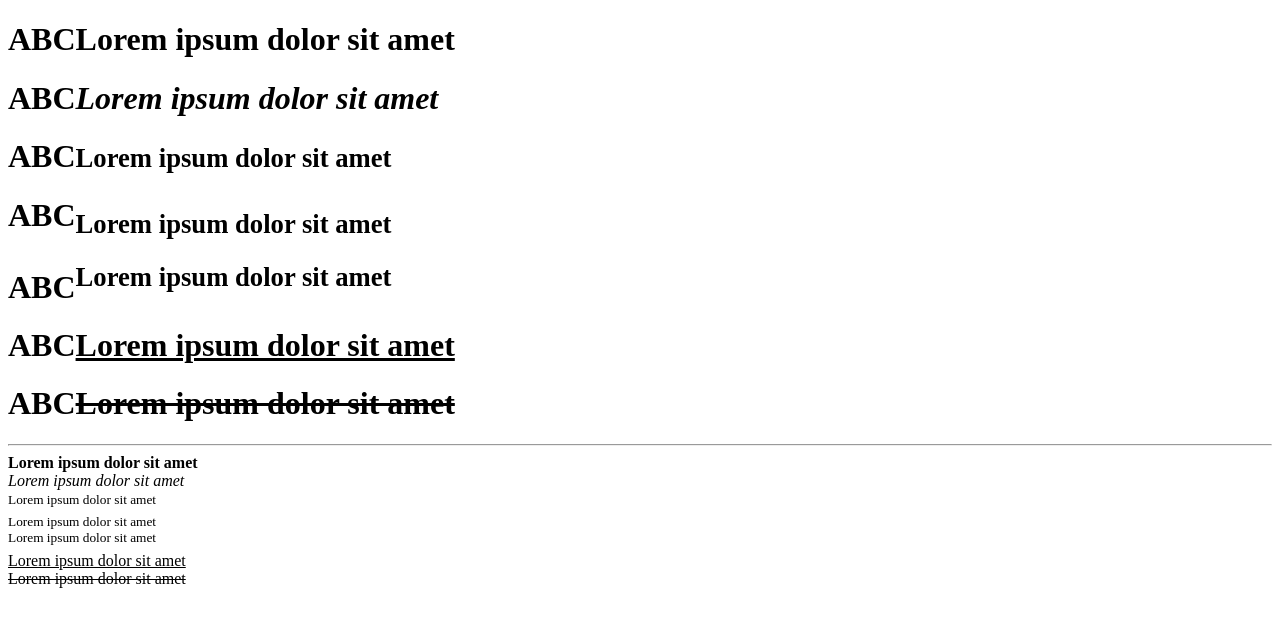
Repository: soso1525/bitcamp
Page: workspace/java-web/src/main/webapp/ch2/2-9.html
The author's editor kept a copy of each file at every save. The page is drawn from the files as they stood at one save, then again after the next save.
The browser window is 1280 px wide. The pictures show the whole page.

Above is the page before, as saved 2017-12-12 05:26:24.

After the next save:
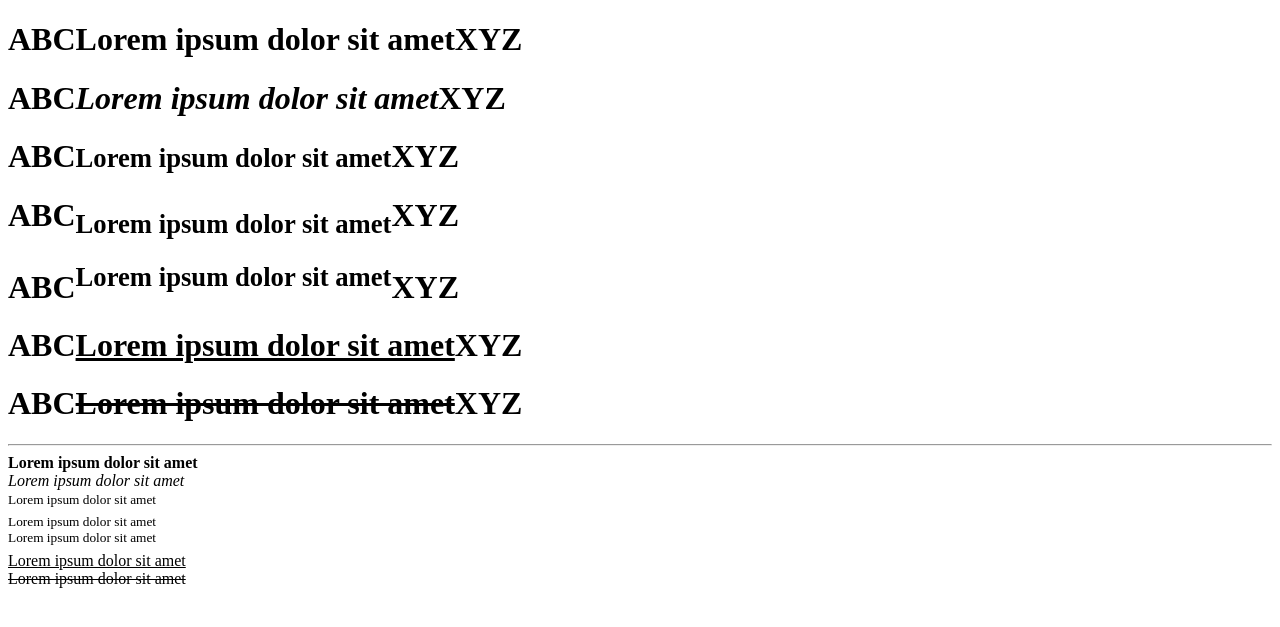
Saved 19 s later.
--- a/workspace/java-web/src/main/webapp/ch2/2-9.html
+++ b/workspace/java-web/src/main/webapp/ch2/2-9.html
@@ -4,13 +4,13 @@
     <title>HTML TEXT Basic Page</title>
 </head>
 <body>
-    <h1>ABC<b>Lorem ipsum dolor sit amet</b></h1>
-    <h1>ABC<i>Lorem ipsum dolor sit amet</i></h1>
-    <h1>ABC<small>Lorem ipsum dolor sit amet</small></h1>
-    <h1>ABC<sub>Lorem ipsum dolor sit amet</sub></h1>
-    <h1>ABC<sup>Lorem ipsum dolor sit amet</sup></h1>
-    <h1>ABC<ins>Lorem ipsum dolor sit amet</ins></h1>
-    <h1>ABC<del>Lorem ipsum dolor sit amet</del></h1>
+    <h1>ABC<b>Lorem ipsum dolor sit amet</b>XYZ</h1>
+    <h1>ABC<i>Lorem ipsum dolor sit amet</i>XYZ</h1>
+    <h1>ABC<small>Lorem ipsum dolor sit amet</small>XYZ</h1>
+    <h1>ABC<sub>Lorem ipsum dolor sit amet</sub>XYZ</h1>
+    <h1>ABC<sup>Lorem ipsum dolor sit amet</sup>XYZ</h1>
+    <h1>ABC<ins>Lorem ipsum dolor sit amet</ins>XYZ</h1>
+    <h1>ABC<del>Lorem ipsum dolor sit amet</del>XYZ</h1>
     <hr />
     <b>Lorem ipsum dolor sit amet</b><br />
     <i>Lorem ipsum dolor sit amet</i><br />
